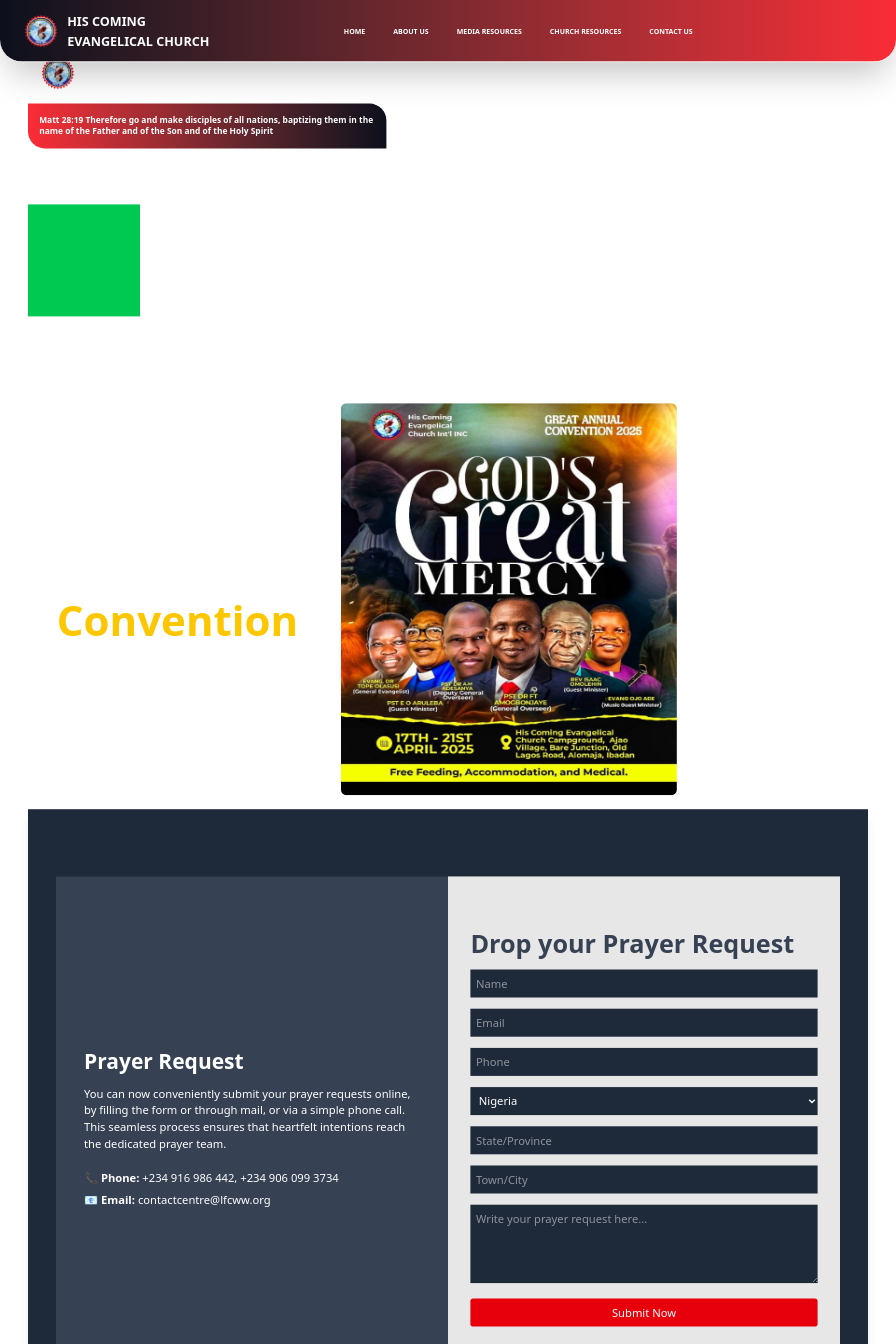
Repository: EmmyDunny1/HCEC-Website
Page: /
These files come from the project's save history. The page is drawn as it stood at one moment and after a run of saves; the edit follows.
The browser window is 1280 px wide. The pictures show the part of the page from y = 0 to 1920 px (the page is 2384 px tall before and 2760 px after), at 70% of full size.
Pictures or frames that could not be fetched are drawn as grey boxes. The project was rebuilt for these pictures with package versions that can differ from the ones it lists, and the page was loaded fresh each time. The framework's server and built-in components were replaced by stand-ins that run in the browser. Also part of the build but not shown: next.config.ts.

Above is the page before, as saved 2025-07-22 11:22:32.

After the next 4 saves:
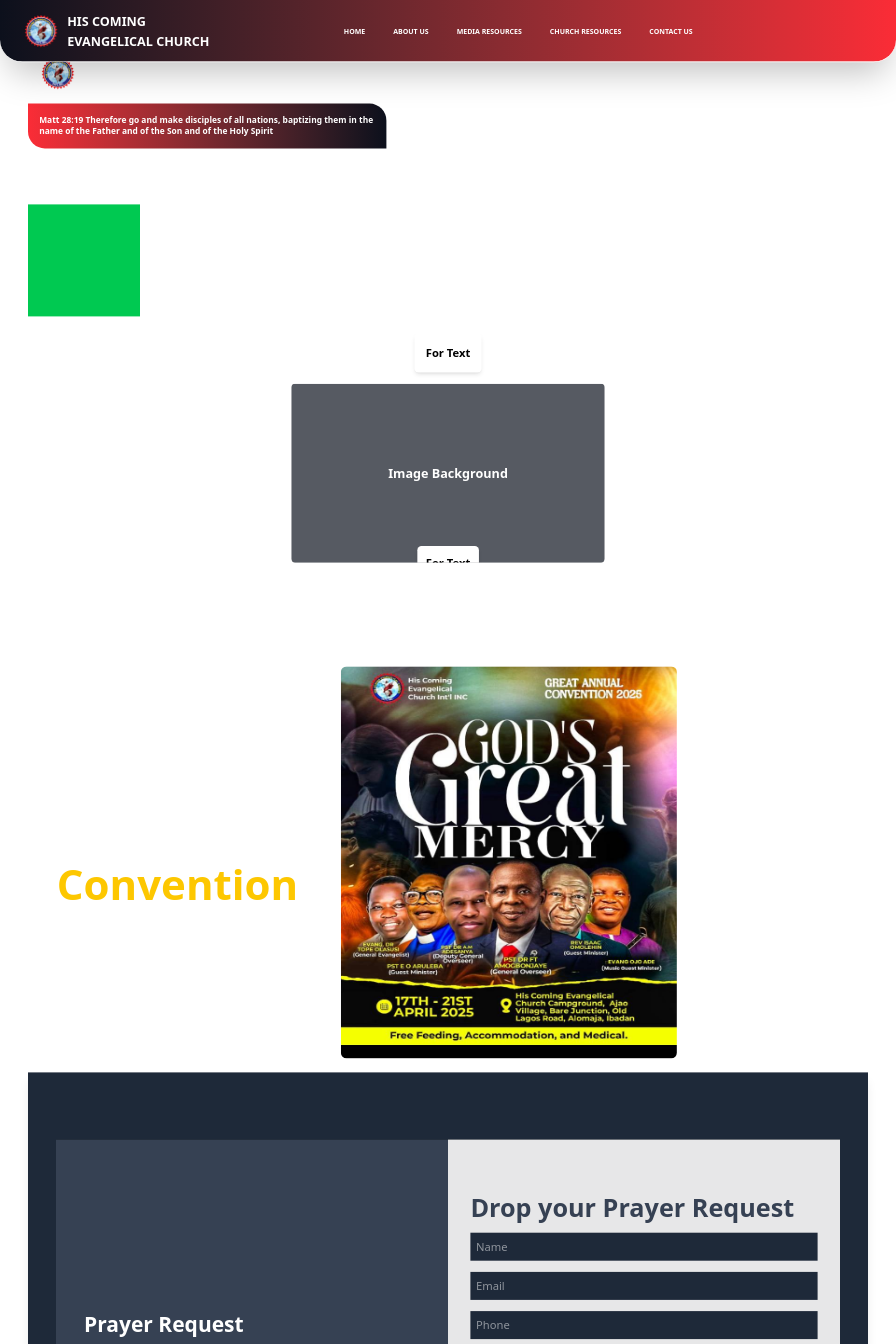
The 4 saves are shown as one change because they came seconds apart.
The last was saved 19 min 26 s later.
--- a/app/Home-page/Homepage.tsx
+++ b/app/Home-page/Homepage.tsx
@@ -3,6 +3,7 @@
 
 import Image from 'next/image'
 import PrayerRequest from '../Contact-Us/Prayer-RequestForm/page'
+import HeroSection from '../Hero-Section/page'
 
 
 
@@ -20,7 +21,7 @@
     <div className='absolute h-[10rem] w-[10rem] bg-red-500 mt-[-10rem] hover:transition-transform  hover:translate-y-[10px] hover:translate-x-[-10px]
      '></div>
 </div>
-
+<HeroSection/>
     <UpcomingPrograms />
     <PrayerRequest />
     </div>
